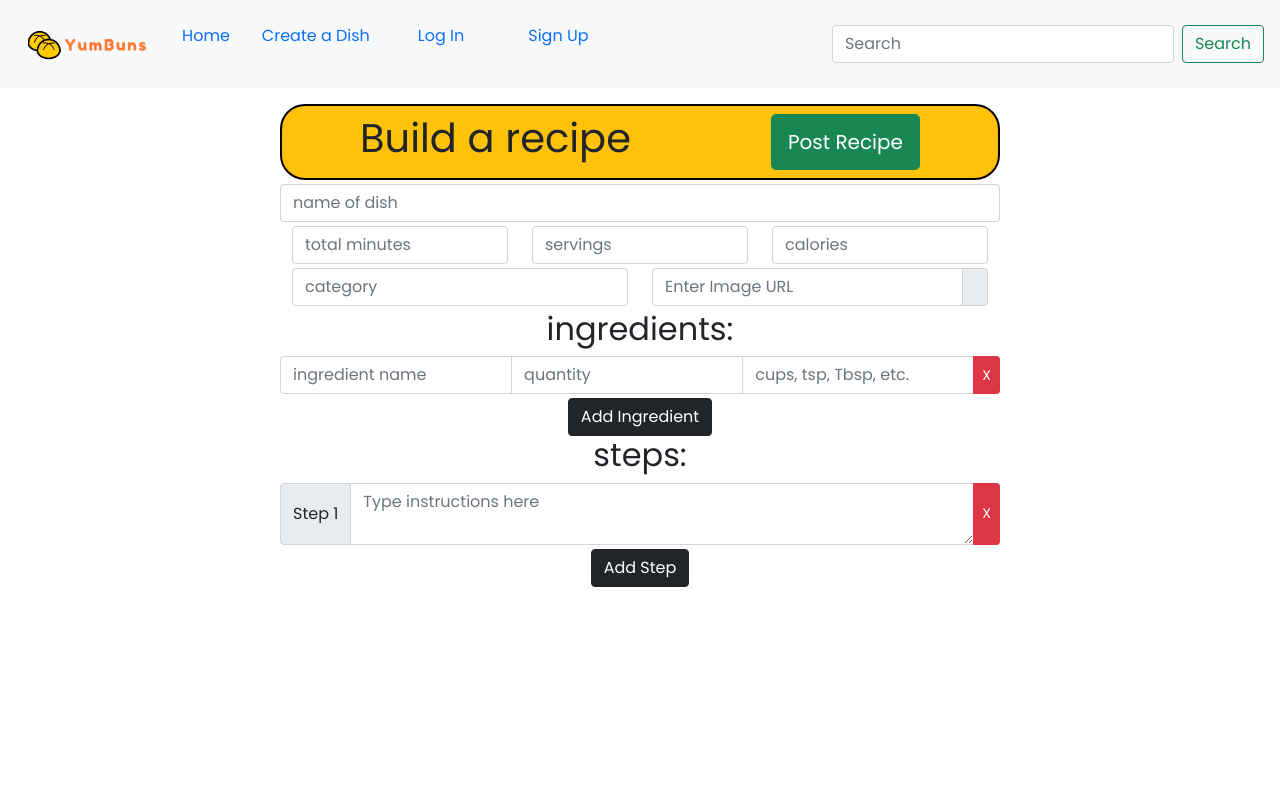
Repository: mottad14/yumBuns
Page: /create (app in client/)
An editor plug-in stored every save of this project. The page is shown before and after a run of saves, followed by the edit.
The browser window is 1280 px wide. The pictures show the whole page.
Some web fonts or font styles are not loaded; a fallback is used. The project was rebuilt for these pictures with package versions that can differ from the ones it lists, and the page was loaded fresh each time. Also part of the build but not shown: client/src/components/RecipePreview.js, client/src/views/Main.js, client/src/views/Login.js, client/src/views/NewAccount.js, client/src/views/Recipe.js, client/src/components/SubscribePop.css, client/src/components/SignUp.jsx, client/src/components/SubscribePop.js.

Above is the page before, as saved 2022-07-30 12:46:11.

### client/public/index.html
<!DOCTYPE html>
<html lang="en">
  <head>
    <meta charset="utf-8" />
    <link rel="icon" href="%PUBLIC_URL%/favicon.ico" />
    <meta name="viewport" content="width=device-width, initial-scale=1" />
    <meta name="theme-color" content="#000000" />
    <meta
      name="description"
      content="Web site created using create-react-app"
    />
    <!--
      Notice the use of %PUBLIC_URL% in the tags above.
      It will be replaced with the URL of the `public` folder during the build.
      Only files inside the `public` folder can be referenced from the HTML.

      Unlike "/favicon.ico" or "favicon.ico", "%PUBLIC_URL%/favicon.ico" will
      work correctly both with client-side routing and a non-root public URL.
      Learn how to configure a non-root public URL by running `npm run build`.
    -->
    <title>Yumbuns</title>
  </head>
  <body>
    <noscript>You need to enable JavaScript to run this app.</noscript>
    <div id="root"></div>
    <!--
      This HTML file is a template.
      If you open it directly in the browser, you will see an empty page.

      You can add webfonts, meta tags, or analytics to this file.
      The build step will place the bundled scripts into the <body> tag.

      To begin the development, run `npm start` or `yarn start`.
      To create a production bundle, use `npm run build` or `yarn build`.
    -->
  </body>
</html>

### client/src/index.js
import React from 'react';
import ReactDOM from 'react-dom';
import './index.css';
import App from './App';
import reportWebVitals from './reportWebVitals';
import {BrowserRouter} from "react-router-dom";

ReactDOM.render(
    <React.StrictMode>
      <BrowserRouter>
            <App />
      </BrowserRouter>
    </React.StrictMode>,
    document.getElementById('root')
);



// If you want to start measuring performance in your app, pass a function
// to log results (for example: reportWebVitals(console.log))
// or send to an analytics endpoint. Learn more: https://bit.ly/CRA-vitals
reportWebVitals();

### client/src/App.js
import React from 'react';
import 'bootstrap/dist/css/bootstrap.min.css';
import {Switch, Route} from "react-router-dom";
import './App.css';
import NavBar from './components/NavBar';
import Main from './views/Main';
import Login from './views/Login'
import NewAccount from "./views/NewAccount"
import Create from './views/Create';
import Recipe from './views/Recipe';
import SubscribePop from './components/SubscribePop';
import {useState, useEffect} from 'react'
import { AuthContextProvider } from "./contexts/AuthContext";


function App() {
  const [timedPopup, setTimedPopup] = useState (false);

  useEffect(() => {
    setTimeout(() => {
      setTimedPopup(true)
    }, 45000)
  }, [])


  return (

    <div className="App">
      <div className="">
          <NavBar/>
          <AuthContextProvider>
              <Switch>
                <Route exact path="/">
                  <Main/>
                </Route>

                <Route exact path="/login">
                  <Login/>
                </Route>

                <Route exact path="/signup">
                  <NewAccount/>
                </Route>

                <Route path="/view/single/:_id">
                  <Recipe/>
                </Route>

                <Route exact path="/create">
                  <Create/>
                </Route>
              </Switch>

              <SubscribePop trigger={timedPopup} setTrigger={setTimedPopup}>
              </SubscribePop>
          </AuthContextProvider>


       </div>
    </div>
  );
}

export default App;

### client/src/App.css
@import url('https://fonts.googleapis.com/css2?family=BIZ+UDGothic&family=Poppins&display=swap');

.App {
  font-family: 'BIZ UDGothic', sans-serif;
  font-family: 'Poppins', sans-serif;
  text-align: center;
  min-height: 800px;
}

.recipePreview{
  border: 3px solid rgb(177, 177, 177);
  min-height: 300px;
  width: 250px;
  background-color: rgb(254, 194, 10);
  border-left-style: dotted;
  border-right-style: dotted;
  border-radius: 10%;

}

.recipePreview > img{
  width: 95%;
  border-radius: 10%;
}
.recipePreview >div{
  align-items: center;

}

.Logo{
  margin-left: 10px;
  height: 30px;
}

.sticky{
  position: sticky;
  top: 0;
  z-index: 999;
  background-color: rgb(254, 194, 10);
  border: 2px solid black;
  border-radius: 25px;
}

.thumbnailBox > img{
  height: 40px;
}

.thumbnailBox > img:hover{
  height: 125px;
}

### client/src/components/NavBar.js
import React from "react";
import { Link } from "react-router-dom"
import Nav from 'react-bootstrap/Nav';
import YumBuns from "../imgs/YumBunsLogo.png"

const NavBar = (props) => {
    return(
            <nav className="navbar navbar-expand-sm bg-light mb-3">
                <Link className="navbar-brand mx-3" to="/">  <img className="Logo" src={YumBuns} alt="Logo" /> </Link>

                <div className="collapse navbar-collapse" id="navbarSupportedContent">
                <ul className="navbar-nav me-auto mb-2 mb-lg-0">
                    <li className="nav-item">
                    <Nav.Link> <Link className="nav-link btn-outline-warning" aria-current="page" to="/">Home</Link> </Nav.Link>
                    </li>
                    <li className="nav-item">
                    <Nav.Link> <Link className="nav-link btn-outline-warning" to="/create">Create a Dish</Link> </Nav.Link>
                    </li>
                    <li className="nav-item">
                    <Nav.Link> <Link className="nav-link d-flex mx-3 btn-outline-warning" to="/login"> Log In</Link> </Nav.Link>
                    </li>
                    <li className="nav-item">
                    <Nav.Link>  <Link className="nav-link d-flex mx-3 btn-outline-warning" to="/signup">    <p onClick={() => props.setTrigger(true)}> Sign Up </p>    </Link> </Nav.Link>
                    </li>
                </ul>
                <form className="d-flex mx-3" role="search">
                    <input className="form-control me-2" type="search" placeholder="Search" aria-label="Search" />
                    <button className="btn btn-outline-success" type="submit">Search</button>
                </form>
            </div>
            </nav>
    )
}

export default NavBar;

### client/src/views/Create.js
import React, {useState} from "react";
import axios from "axios"
import { useHistory } from "react-router-dom";


const Create = (props) => {
    const [form, setForm] = useState({
        name:"",
        minutes: 0,
        servings: null,
        calories: null,
        category: "",
        imgURL: "",
        steps:[""], //Steps is going to need its own onChange-handler
        ingredients:[ //Ingredients will also need its own onChange-handler
            {amount: "", name:"", measurement:""}
        ]
    })

    const history = useHistory();

    const onChangeHandler = (event) =>{
        setForm({
            ...form,
            [event.target.name]: event.target.value
        })
    }

    const onAddStep = (event)=>{
        event.preventDefault();
        const copyForm = {...form};
        copyForm.steps.push("")
        setForm(copyForm);

    }

    const onAddIngredient = (event) =>{
        event.preventDefault();
        const copyForm = {...form};
        copyForm.ingredients.push({ amount: undefined, name: "", measurement: ""})
        setForm(copyForm);
    }

    const onRemoveIngredient = (event, i)=>{
        event.preventDefault();
        const copyForm = {...form}
        copyForm.ingredients.splice(i,1)
        setForm(copyForm)
    }

    const onRemoveStep = (event, i)=>{
        event.preventDefault();
        const copyForm = {...form}
        copyForm.steps.splice(i,1)
        setForm(copyForm)
    }

    const onChangeStep = (event, i)=>{
        const copyForm = {...form};
        copyForm.steps[i] = event.target.value;
        setForm(copyForm)
    }

    const onChangeIngredient = (event, i) => {
        const copyForm = {...form};
        copyForm.ingredients[i][event.target.name] = event.target.value;
        setForm(copyForm);
    }

    const onSubmitHandler = (event) => {
        event.preventDefault();
        axios.post("http://localhost:8000/api/recipes/create", form)
            .then(res=>{
                history.push("/");
            })
            .catch(err=>{
                console.log(err)
            })
    };

    return (
        <div>

           <form className="d-block w-75 mx-auto" onSubmit={onSubmitHandler}>
               <div className="d-flex justify-content-around sticky d-block w-75 mx-auto p-2">
                    <h1> Build a recipe</h1>
                    <input type="submit" className="btn btn-lg btn-success" value="Post Recipe" />
                </div>

               <div className="form-group d-block w-75 mx-auto my-1">
                   <input type="text" name="name" onChange={onChangeHandler} className="form-control" placeholder="name of dish" />
               </div>

               <div className="row my-1 w-75 mx-auto">
                   <div className="col">
                       <input type="number" name="minutes" onChange={onChangeHandler} className="form-control" placeholder="total minutes" aria-label="minutes"/>
                   </div>
                    <div className="col">
                       <input type="number" name="servings" onChange={onChangeHandler} className="form-control" placeholder="servings" aria-label="servings"/>
                   </div>
                    <div className="col">
                       <input type="number" name="calories" onChange={onChangeHandler} className="form-control" placeholder="calories" aria-label="calories"/>
                   </div>
               </div>

                <div className="row my-1 w-75 mx-auto">
                   <div className="col">
                       <input type="text" name="category" onChange={onChangeHandler} className="form-control" placeholder="category" aria-label="category"/>
                   </div>
                    <div className="col input-group">
                       <input type="text" name="imgURL" onChange={onChangeHandler} className="form-control" placeholder="Enter Image URL" aria-label="imageURL"/>
                       <span className="input-group-text thumbnailBox">{form.imgURL.length > 0 && <img src={form.imgURL} alt="image thumbnail" />}</span>
                   </div>
               </div>

               <h2>ingredients:</h2>
               {
                   form.ingredients.map((ingredient, i)=> {
                   return (
                       <div key={i} className="input-group my-1 mx-auto w-75">
                        <input type="text" value={ingredient.name} onChange={(event)=>onChangeIngredient(event, i)} className="form-control" placeholder="ingredient name" name="name" aria-label="amount" />
                        <input type="number" value={ingredient.amount} onChange={(event)=>onChangeIngredient(event, i)} className="form-control" placeholder="quantity" name="amount" aria-label="amount" />
                        <input type="text" value={ingredient.measurement} onChange={(event)=>onChangeIngredient(event, i)} className="form-control" placeholder="cups, tsp, Tbsp, etc." name="measurement" aria-label="amount"/>
                        <button  className="btn btn-sm btn-danger" onClick={(event)=>onRemoveIngredient(event, i)}>X</button>
                    </div>)
                   })
               }
                <button onClick={onAddIngredient} className="btn btn-dark">Add Ingredient</button>

               <h2>steps:</h2>
               {
                   form.steps.map((step, i)=>{
                       return <div key={i} className="input-group my-1 mx-auto w-75">
                                <span className="input-group-text" key={i}> Step {i+1}</span>
                                <textarea onChange={(event)=>onChangeStep(event, i)} value={step} placeholder="Type instructions here" className="form-control col-12" aria-label="With textarea"></textarea>
                                <button className="btn btn-sm btn-danger" onClick={(event)=>onRemoveStep(event, i)}>X</button>
                       </div>
                   })
               }
               <button onClick={onAddStep} className="btn btn-dark">Add Step</button>
           </form>

        </div>
    )

}

export default Create;

### client/src/contexts/AuthContext.js
import { createContext, useContext, useEffect, useState } from "react";
import {createUserWithEmailAndPassword,
    signInWithEmailAndPassword,
    signOut,
    onAuthStateChanged}
    from "firebase/auth"
import { auth } from "../firebase";

const UserContext = createContext();

export const AuthContextProvider = ({children}) => {
    const [user, setUser] = useState({})

    const createUser = (email, password) => {
        return (createUserWithEmailAndPassword(auth, email, password))
    }

    const signIn = (email, password) => {
        return signInWithEmailAndPassword(auth, email, password)
    }

    const logout = () =>{
        return signOut(auth);
    }

    useEffect (() => {
        const unsubscribe = onAuthStateChanged(auth, (currentUser) => {
            console.log(currentUser)
            setUser(currentUser)
        })
        return (() => {
            unsubscribe()
        })
    }, [])

    return (
        <UserContext.Provider value={{ createUser, user, signIn, logout }}>
            {children}
        </UserContext.Provider>
    )
}

export const UserAuth = () =>{
    return useContext(UserContext)
}

### client/src/firebase.js
// Import the functions you need from the SDKs you need
import { initializeApp } from "firebase/app";
import { getAuth } from "firebase/auth";
// TODO: Add SDKs for Firebase products that you want to use
// https://firebase.google.com/docs/web/setup#available-libraries

// Your web app's Firebase configuration
console.log(`The current api key is: ${process.env.REACT_APP_FIREBASE_API_KEY}`)
const firebaseConfig = {
  apiKey: process.env.REACT_APP_FIREBASE_API_KEY,
  authDomain: process.env.REACT_APP_FIREBASE_AUTH_DOMAIN,
  projectId: process.env.REACT_APP_FIREBASE_PROJECT_ID,
  storageBucket: process.env.REACT_APP_FIREBASE_STORAGE_BUCKET,
  messagingSenderId: process.env.REACT_APP_FIREBASE_MESSAGING_SENDER_ID,
  appId: process.env.REACT_APP_FIREBASE_APP_ID,
  measurementId: process.env.REACT_APP_FIREBASE_MEASUREMENT_ID
};

// Initialize Firebase
const app = initializeApp(firebaseConfig);
export const auth = getAuth(app);
export default app;

Loaded but not shown: client/src/index.css (common file); client/src/reportWebVitals.js (common file)

After the next 3 saves:
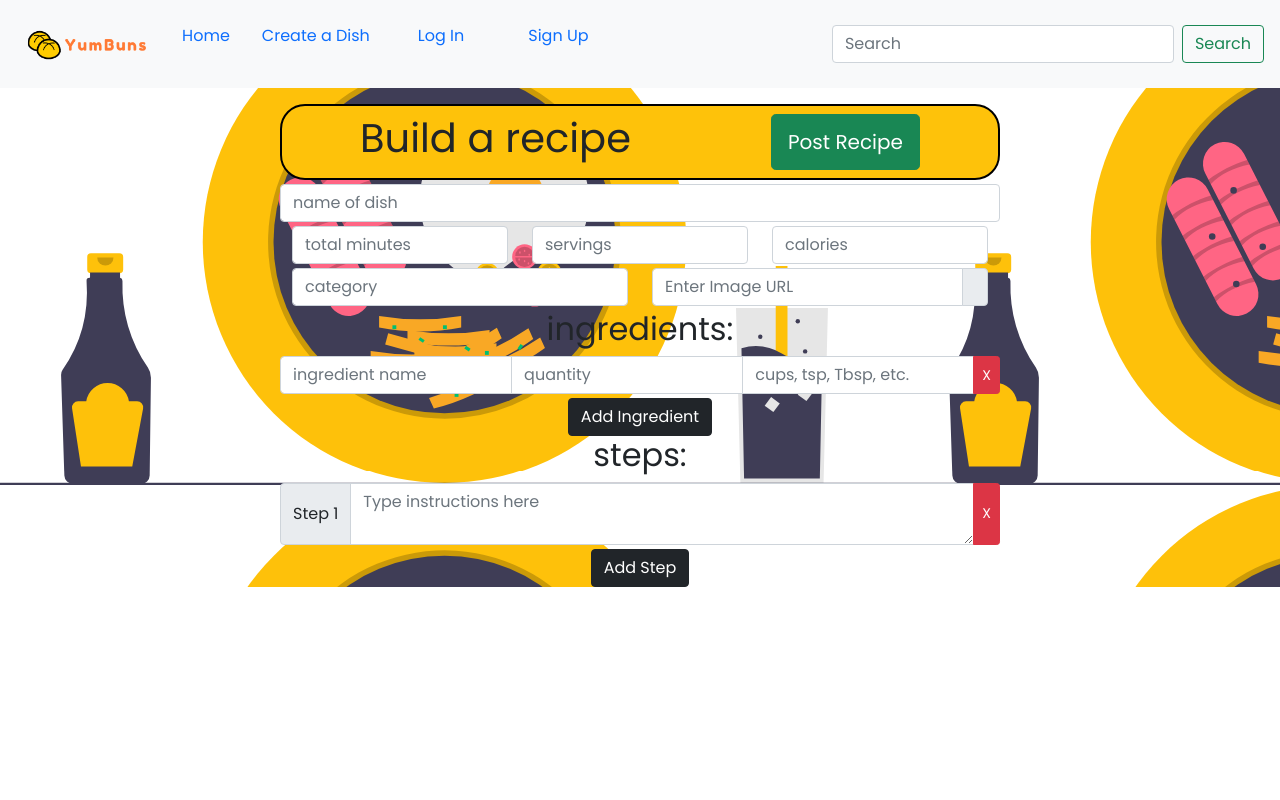
The 3 saves are shown as one change because 1 did not build or start and some came seconds apart.
The last was saved 47 s later.
--- a/client/src/App.js
+++ b/client/src/App.js
@@ -11,6 +11,8 @@ import Recipe from './views/Recipe';
 import SubscribePop from './components/SubscribePop';
 import {useState, useEffect} from 'react'
 import { AuthContextProvider } from "./contexts/AuthContext";
+import eating from "../imgs/eating.svg"
+
 
 
 function App() {
@@ -26,36 +28,38 @@ function App() {
   return (
 
     <div className="App">
-      <div className="">
-          <NavBar/>
-          <AuthContextProvider>
-              <Switch>
-                <Route exact path="/">
-                  <Main/>
-                </Route>
+      <div style={{ backgroundImage: `url(${eating})` }}>
 
-                <Route exact path="/login">
-                  <Login/>
-                </Route>
+          <div className="">
+              <NavBar/>
+              <AuthContextProvider>
+                  <Switch>
+                    <Route exact path="/">
+                      <Main/>
+                    </Route>
 
-                <Route exact path="/signup">
-                  <NewAccount/>
-                </Route>
+                    <Route exact path="/login">
+                      <Login/>
+                    </Route>
 
-                <Route path="/view/single/:_id">
-                  <Recipe/>
-                </Route>
+                    <Route exact path="/signup">
+                      <NewAccount/>
+                    </Route>
 
-                <Route exact path="/create">
-                  <Create/>
-                </Route>
-              </Switch>
+                    <Route path="/view/single/:_id">
+                      <Recipe/>
+                    </Route>
 
-              <SubscribePop trigger={timedPopup} setTrigger={setTimedPopup}>
-              </SubscribePop>
-          </AuthContextProvider>
+                    <Route exact path="/create">
+                      <Create/>
+                    </Route>
+                  </Switch>
 
+                  <SubscribePop trigger={timedPopup} setTrigger={setTimedPopup}>
+                  </SubscribePop>
+              </AuthContextProvider>
 
+          </div>
        </div>
     </div>
   );
